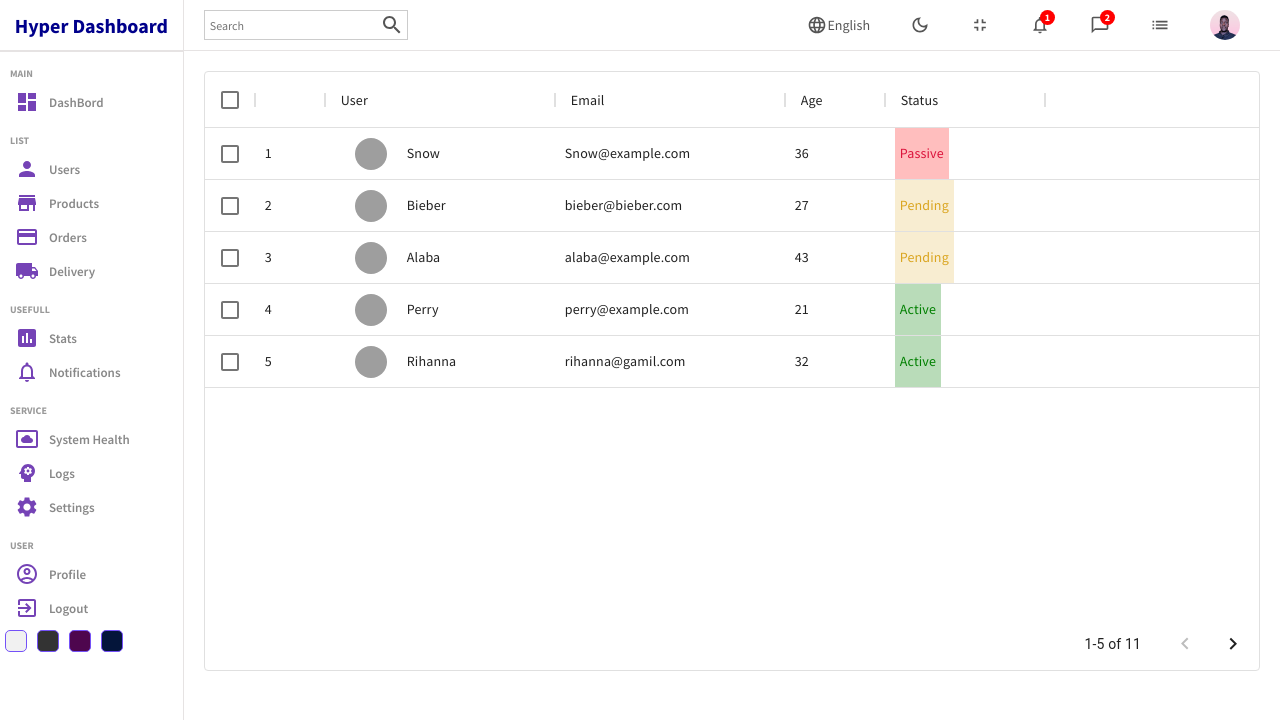
Repository: kenyi-mic/DashBoard
Page: /products
The author's editor kept a copy of each file at every save. The page is drawn from the files as they stood at one save, then again after the next save.
The browser window is 1280 px wide. The pictures show the whole page.
Pictures or frames that could not be fetched are drawn as grey boxes. The project was rebuilt for these pictures with package versions that can differ from the ones it lists, and the page was loaded fresh each time. Also part of the build but not shown: src/pages/home/home.scss, src/pages/home/Home.jsx, src/pages/single/Single.jsx, src/pages/new/new.scss, src/pages/new/New.jsx, src/pages/login/Login.jsx.

Above is the page before, as saved 2022-05-23 11:32:59.

After the next save:
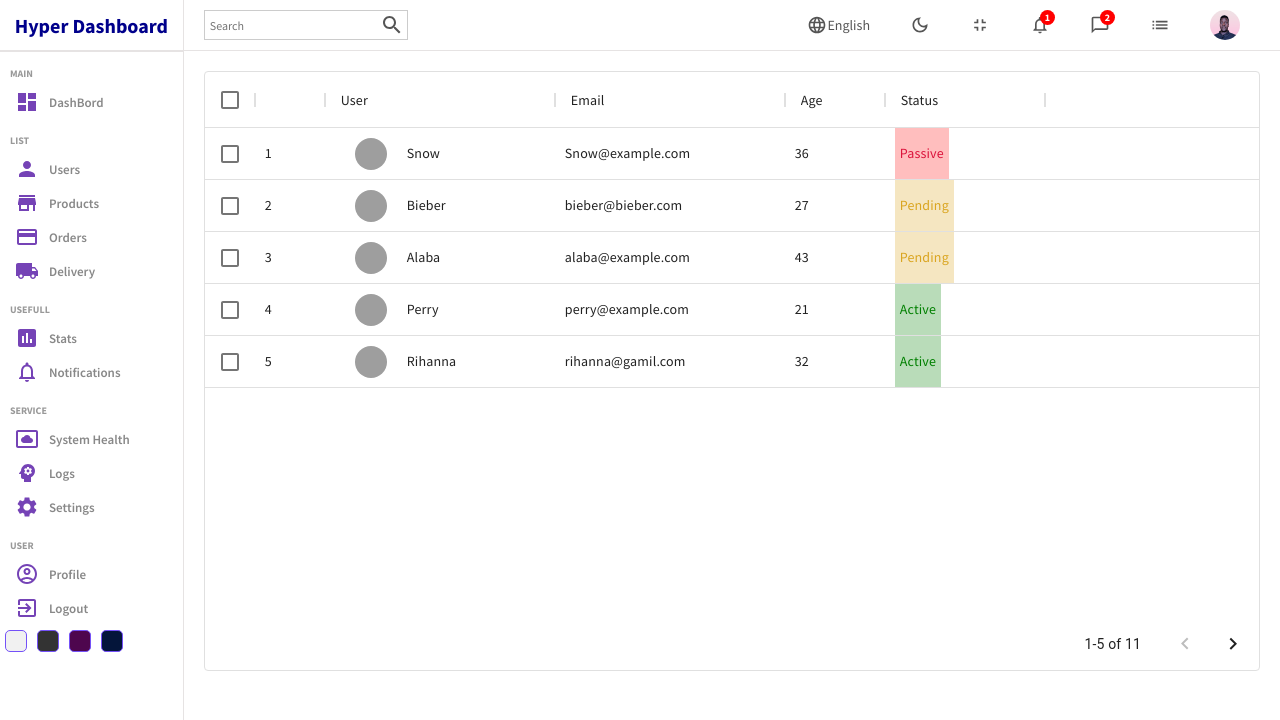
Saved 22 s later.
--- a/src/components/datatable/datatable.scss
+++ b/src/components/datatable/datatable.scss
@@ -22,7 +22,7 @@
             color:green;
         }
         &.Pending{
-            background-color:rgba(218, 165, 32, 0.205);
+            background-color:rgba(218, 165, 32, 0.274);
             color:goldenrod;
         }
         &.Passive{
